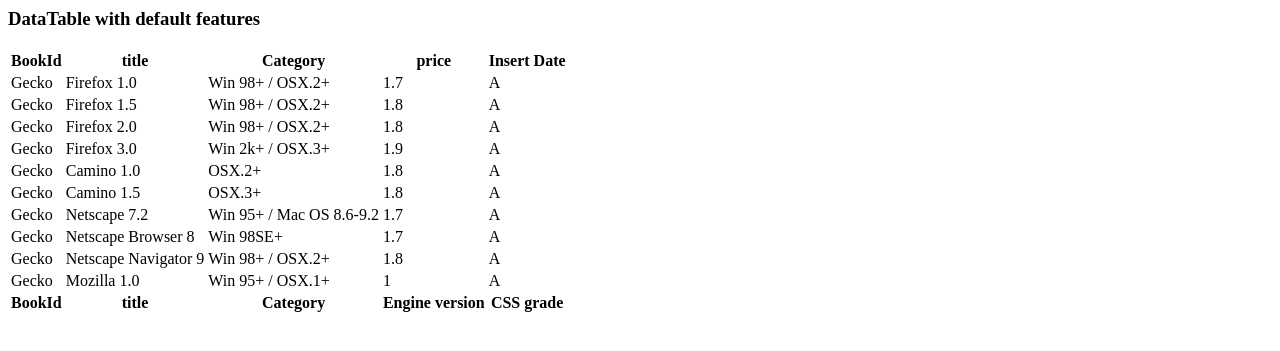
Repository: Dongmin09/EgvoProject
Page: http://localhost/egvoProject/WEB-INF/views/book/list.jsp
The author's editor kept a copy of each file at every save. The page is drawn from the files as they stood at one save, then again after the next save.
The browser window is 1280 px wide. The pictures show the whole page.
The page is served by Tomcat 9. Nobody is signed in. Other server files are loaded and not shown. The template is opened directly, without the code that normally fills it, so the values that code supplies are empty.

Above is the page before, as saved 2022-11-11 08:02:38.

### egvoProject/src/main/webapp/WEB-INF/views/book/list.jsp
<%@ page language="java" contentType="text/html; charset=UTF-8"%>
<%@ taglib prefix="c" uri="http://java.sun.com/jsp/jstl/core"%>
<div class="card">
   <div class="card-header">
      <h3 class="card-title">DataTable with default features</h3>
   </div>

   <div class="card-body">
      <div id="example1_wrapper" class="dataTables_wrapper dt-bootstrap4">
         <div class="row">
            <div class="col-sm-12">
               <table id="example1"
                  class="table table-bordered table-striped dataTable dtr-inline"
                  aria-describedby="example1_info">
                  <thead>
                     <tr>
                        <th class="sorting sorting_asc" tabindex="0"
                           aria-controls="example1" rowspan="1" colspan="1"
                           aria-sort="ascending"
                           aria-label="BookId: activate to sort column descending">BookId</th>
                        <th class="sorting" tabindex="0" aria-controls="example1"
                           rowspan="1" colspan="1"
                           aria-label="title: activate to sort column ascending">title</th>
                        <th class="sorting" tabindex="0" aria-controls="example1"
                           rowspan="1" colspan="1"
                           aria-label="Category:  activate to sort column ascending">Category</th>
                        <th class="sorting" tabindex="0" aria-controls="example1"
                           rowspan="1" colspan="1"
                           aria-label="price: activate to sort column ascending">price</th>
                        <th class="sorting" tabindex="0" aria-controls="example1"
                           rowspan="1" colspan="1"
                           aria-label="Insert Date: activate to sort column ascending">Insert Date</th>
                     </tr>
                  </thead>
                  <tbody>
                     <tr class="odd">
                        <td class="dtr-control sorting_1" tabindex="0">Gecko</td>
                        <td>Firefox 1.0</td>
                        <td>Win 98+ / OSX.2+</td>
                        <td>1.7</td>
                        <td>A</td>
                     </tr>
                     <tr class="even">
                        <td class="dtr-control sorting_1" tabindex="0">Gecko</td>
                        <td>Firefox 1.5</td>
                        <td>Win 98+ / OSX.2+</td>
                        <td>1.8</td>
                        <td>A</td>
                     </tr>
                     <tr class="odd">
                        <td class="dtr-control sorting_1" tabindex="0">Gecko</td>
                        <td>Firefox 2.0</td>
                        <td>Win 98+ / OSX.2+</td>
                        <td>1.8</td>
                        <td>A</td>
                     </tr>
                     <tr class="even">
                        <td class="dtr-control sorting_1" tabindex="0">Gecko</td>
                        <td>Firefox 3.0</td>
                        <td>Win 2k+ / OSX.3+</td>
                        <td>1.9</td>
                        <td>A</td>
                     </tr>
                     <tr class="odd">
                        <td class="sorting_1 dtr-control">Gecko</td>
                        <td>Camino 1.0</td>
                        <td>OSX.2+</td>
                        <td>1.8</td>
                        <td>A</td>
                     </tr>
                     <tr class="even">
                        <td class="sorting_1 dtr-control">Gecko</td>
                        <td>Camino 1.5</td>
                        <td>OSX.3+</td>
                        <td>1.8</td>
                        <td>A</td>
                     </tr>
                     <tr class="odd">
                        <td class="sorting_1 dtr-control">Gecko</td>
                        <td>Netscape 7.2</td>
                        <td>Win 95+ / Mac OS 8.6-9.2</td>
                        <td>1.7</td>
                        <td>A</td>
                     </tr>
                     <tr class="even">
                        <td class="sorting_1 dtr-control">Gecko</td>
                        <td>Netscape Browser 8</td>
                        <td>Win 98SE+</td>
                        <td>1.7</td>
                        <td>A</td>
                     </tr>
                     <tr class="odd">
                        <td class="sorting_1 dtr-control">Gecko</td>
                        <td>Netscape Navigator 9</td>
                        <td>Win 98+ / OSX.2+</td>
                        <td>1.8</td>
                        <td>A</td>
                     </tr>
                     <tr class="even">
                        <td class="sorting_1 dtr-control">Gecko</td>
                        <td>Mozilla 1.0</td>
                        <td>Win 95+ / OSX.1+</td>
                        <td>1</td>
                        <td>A</td>
                     </tr>
                  </tbody>
                  <tfoot>
                     <tr>
                        <th rowspan="1" colspan="1">BookId</th>
                        <th rowspan="1" colspan="1">title</th>
                        <th rowspan="1" colspan="1">Category</th>
                        <th rowspan="1" colspan="1">Engine version</th>
                        <th rowspan="1" colspan="1">CSS grade</th>
                     </tr>
                  </tfoot>
               </table>
            </div>
         </div>
         <div class="row">
<!--             <div class="col-sm-12 col-md-7"> -->
<!--                <div class="dataTables_paginate paging_simple_numbers" -->
<!--                   id="example1_paginate"> -->
<!--                   <ul class="pagination"> -->
<!--                      <li class="paginate_button page-item previous disabled" -->
<!--                         id="example1_previous"><a href="#" aria-controls="example1" -->
<!--                         data-dt-idx="0" tabindex="0" class="page-link">Previous</a></li> -->
<!--                      <li class="paginate_button page-item active"><a href="#" -->
<!--                         aria-controls="example1" data-dt-idx="1" tabindex="0" -->
<!--                         class="page-link">1</a></li> -->
<!--                      <li class="paginate_button page-item "><a href="#" -->
<!--                         aria-controls="example1" data-dt-idx="2" tabindex="0" -->
<!--                         class="page-link">2</a></li> -->
<!--                      <li class="paginate_button page-item "><a href="#" -->
<!--                         aria-controls="example1" data-dt-idx="3" tabindex="0" -->
<!--                         class="page-link">3</a></li> -->
<!--                      <li class="paginate_button page-item "><a href="#" -->
<!--                         aria-controls="example1" data-dt-idx="4" tabindex="0" -->
<!--                         class="page-link">4</a></li> -->
<!--                      <li class="paginate_button page-item "><a href="#" -->
<!--                         aria-controls="example1" data-dt-idx="5" tabindex="0" -->
<!--                         class="page-link">5</a></li> -->
<!--                      <li class="paginate_button page-item "><a href="#" -->
<!--                         aria-controls="example1" data-dt-idx="6" tabindex="0" -->
<!--                         class="page-link">6</a></li> -->
<!--                      <li class="paginate_button page-item next" id="example1_next"><a -->
<!--                         href="#" aria-controls="example1" data-dt-idx="7" tabindex="0" -->
<!--                         class="page-link">Next</a></li> -->
<!--                   </ul> -->
<!--                </div> -->
<!--             </div> -->
         </div>
      </div>
   </div>

</div>

After the next save:
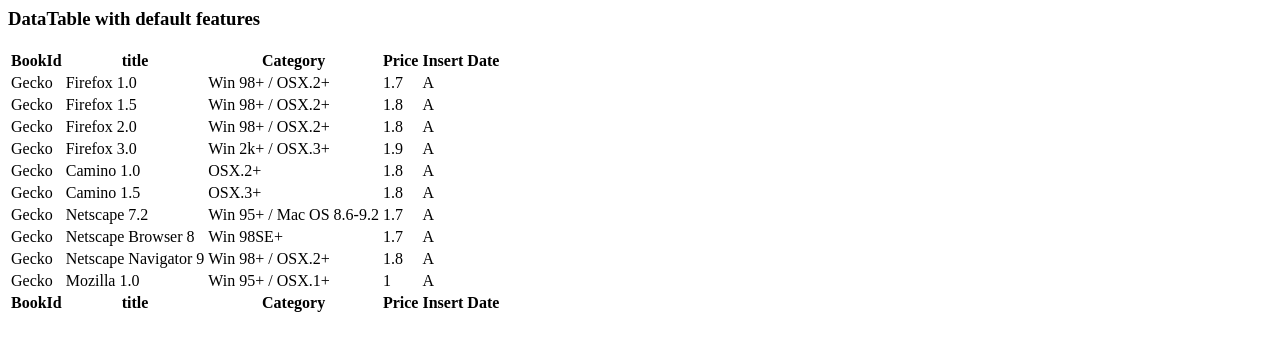
Saved 32 s later.
--- a/egvoProject/src/main/webapp/WEB-INF/views/book/list.jsp
+++ b/egvoProject/src/main/webapp/WEB-INF/views/book/list.jsp
@@ -26,7 +26,7 @@
                            aria-label="Category:  activate to sort column ascending">Category</th>
                         <th class="sorting" tabindex="0" aria-controls="example1"
                            rowspan="1" colspan="1"
-                           aria-label="price: activate to sort column ascending">price</th>
+                           aria-label="Price: activate to sort column ascending">Price</th>
                         <th class="sorting" tabindex="0" aria-controls="example1"
                            rowspan="1" colspan="1"
                            aria-label="Insert Date: activate to sort column ascending">Insert Date</th>
@@ -109,8 +109,8 @@
                         <th rowspan="1" colspan="1">BookId</th>
                         <th rowspan="1" colspan="1">title</th>
                         <th rowspan="1" colspan="1">Category</th>
-                        <th rowspan="1" colspan="1">Engine version</th>
-                        <th rowspan="1" colspan="1">CSS grade</th>
+                        <th rowspan="1" colspan="1">Price</th>
+                        <th rowspan="1" colspan="1">Insert Date</th>
                      </tr>
                   </tfoot>
                </table>
